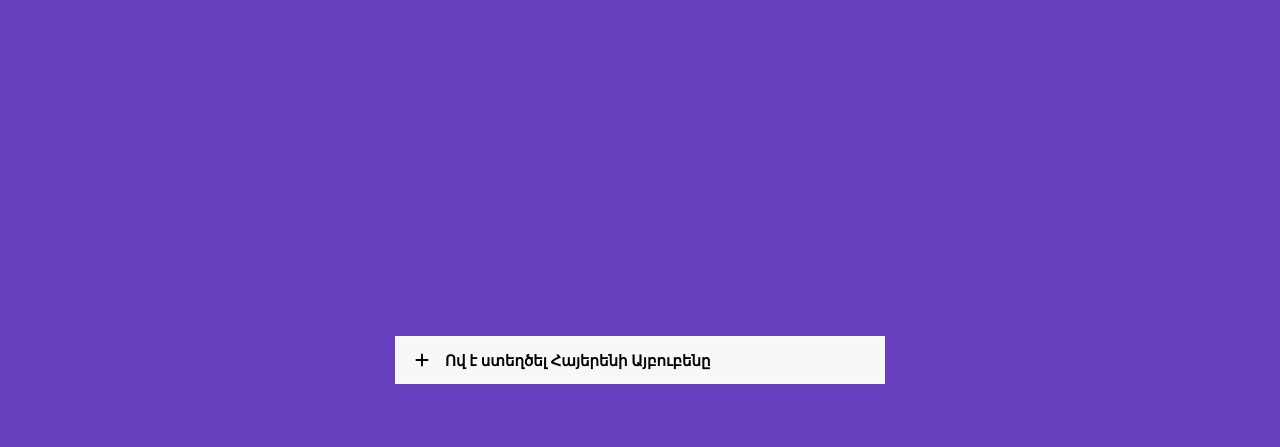
Repository: vardgeshakobyann/Accordion-ReactJS
Page: /
An editor plug-in stored every save of this project. The page is shown before and after the next save, followed by the edit.
The browser window is 1280 px wide. The pictures show the whole page.
The project was rebuilt for these pictures with package versions that can differ from the ones it lists, and the page was loaded fresh each time.

Above is the page before, as saved 2025-06-11 09:24:52.

### public/index.html
<!DOCTYPE html>
<html lang="en">
  <head>
    <meta charset="utf-8" />
    <link rel="icon" href="%PUBLIC_URL%/favicon.ico" />
    <meta name="viewport" content="width=device-width, initial-scale=1" />
    <meta name="theme-color" content="#000000" />
    <meta
      name="description"
      content="Web site created using create-react-app"
    />
    <link rel="apple-touch-icon" href="%PUBLIC_URL%/logo192.png" />
    <!--
      manifest.json provides metadata used when your web app is installed on a
      user's mobile device or desktop. See https://developers.google.com/web/fundamentals/web-app-manifest/
    -->
    <link rel="manifest" href="%PUBLIC_URL%/manifest.json" />
    <!--
      Notice the use of %PUBLIC_URL% in the tags above.
      It will be replaced with the URL of the `public` folder during the build.
      Only files inside the `public` folder can be referenced from the HTML.

      Unlike "/favicon.ico" or "favicon.ico", "%PUBLIC_URL%/favicon.ico" will
      work correctly both with client-side routing and a non-root public URL.
      Learn how to configure a non-root public URL by running `npm run build`.
    -->
      <link rel="stylesheet" href="https://cdnjs.cloudflare.com/ajax/libs/font-awesome/6.7.2/css/all.min.css" integrity="sha512-Evv84Mr4kqVGRNSgIGL/F/aIDqQb7xQ2vcrdIwxfjThSH8CSR7PBEakCr51Ck+w+/U6swU2Im1vVX0SVk9ABhg==" crossorigin="anonymous" referrerpolicy="no-referrer" />
    <title>React App</title>
  </head>
  <body>
    <noscript>You need to enable JavaScript to run this app.</noscript>
    <div id="root"></div>
    <!--
      This HTML file is a template.
      If you open it directly in the browser, you will see an empty page.

      You can add webfonts, meta tags, or analytics to this file.
      The build step will place the bundled scripts into the <body> tag.

      To begin the development, run `npm start` or `yarn start`.
      To create a production bundle, use `npm run build` or `yarn build`.
    -->
  </body>
</html>

### src/index.js
import ReactDOM from 'react-dom/client';
import './index.css';
import App from './App';

const root = ReactDOM.createRoot(document.getElementById('root'));
root.render(<App />);

### src/index.css
* {
  margin: 0;
  padding: 0;
  box-sizing: border-box;
}

body {
  margin: 0;
  font-family: -apple-system, BlinkMacSystemFont, 'Segoe UI', 'Roboto', 'Oxygen',
    'Ubuntu', 'Cantarell', 'Fira Sans', 'Droid Sans', 'Helvetica Neue',
    sans-serif;
  -webkit-font-smoothing: antialiased;
  -moz-osx-font-smoothing: grayscale;
  background: #673EBD;
}

code {
  font-family: source-code-pro, Menlo, Monaco, Consolas, 'Courier New',
    monospace;
}

### src/App.js
import './App.css';
import Accordion from './components/Accordion/Accordion';

function App() {
  return (
    <div className="App">
      <Accordion />
    </div>
  );
}

export default App;

### src/App.css
.App {
  width: 100%;
  height: 100vh;
  display: flex;
  justify-content: center;
  align-items: center;
}

### src/components/Accordion/Accordion.jsx
import './accordion.css';
import { data } from '../../DB';
import AccordionItem from '../AccordionItem/AccordionItem';

const Accordion = () => {
    return (
        <div className="accordion">
            {
                data.map((el) => {
                    return (
                        <AccordionItem
                            key={el.id}
                            question={el.question}
                        />
                    )
                })
            }
        </div>
    )
}

export default Accordion;

### src/components/Accordion/accordion.css
.accordion {
    width: 490px;
    border-radius: 4px;
}

### src/DB.js
export const data = [
    {
        id: 1,
        question: "Ով է ստեղծել Հայերենի Այբուբենը",
        answer: "Մեսրոպ Մաշտոցը 405թ -ին 5րդ դարում",
        isComplited: false,
        open: false
    }
];

### src/components/AccordionItem/AccordionItem.jsx
import './accordionItem.css';

const AccordionItem = ({question}) => {
    return (
        <div className="accordionItem">
            <div className="header">
                <div className="block">
                    <i className="fa-solid fa-plus"></i>
                    <p>{question}</p>
                </div>
            </div>
        </div>
    )
}

export default AccordionItem;

### src/components/AccordionItem/accordionItem.css
.accordionItem {
    width: 100%;
}

.accordionItem .header {
    width: 100%;
    height: 48px;
    background: #F8F8F8;
    padding: 10px;
    display: flex;
    justify-content: space-between;
    align-items: center;
    cursor: pointer;
}

.accordionItem .header .block {
    display: flex;
    justify-content: center;
    align-items: center;
    gap: 16px;
    padding: 10px;
}

.accordionItem .header .block p {
    font-weight: 600;
    font-size: 15px;
}

After the next save:
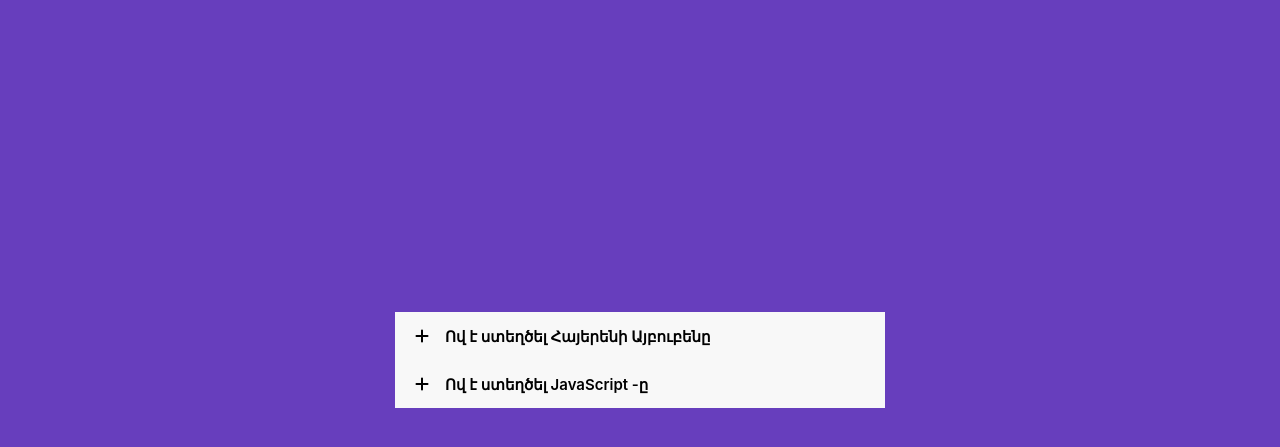
Saved 2 min 3 s later.
--- a/src/DB.js
+++ b/src/DB.js
@@ -3,7 +3,12 @@ export const data = [
         id: 1,
         question: "Ով է ստեղծել Հայերենի Այբուբենը",
         answer: "Մեսրոպ Մաշտոցը 405թ -ին 5րդ դարում",
-        isComplited: false,
-        open: false
+        isComplited: false
+    },
+    {
+        id: 2,
+        question: "Ով է ստեղծել JavaScript -ը",
+        answer: "JavaScript -ը թողարկվել 1995թ -ին Netscape ընկերության կողմից, նրան ստեղծել է Բրենդան Այկը",
+        isComplited: false
     }
 ];
